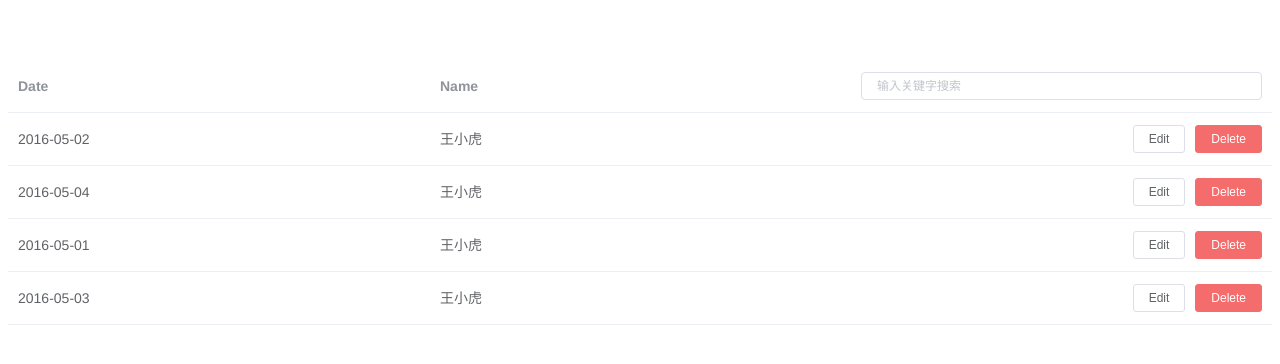
Repository: jiuceng1/monitor
Page: /#/show (app in nmonvue/)
The author's editor kept a copy of each file at every save. The page is drawn from the files as they stood at one save, then again after the next save.
The browser window is 1280 px wide. The pictures show the whole page.
The project was rebuilt for these pictures with package versions that can differ from the ones it lists, and the page was loaded fresh each time. Also part of the build but not shown: nmonvue/src/components/HelloWorld.vue.

Above is the page before, as saved 2022-01-13 09:40:12.

After the next save:
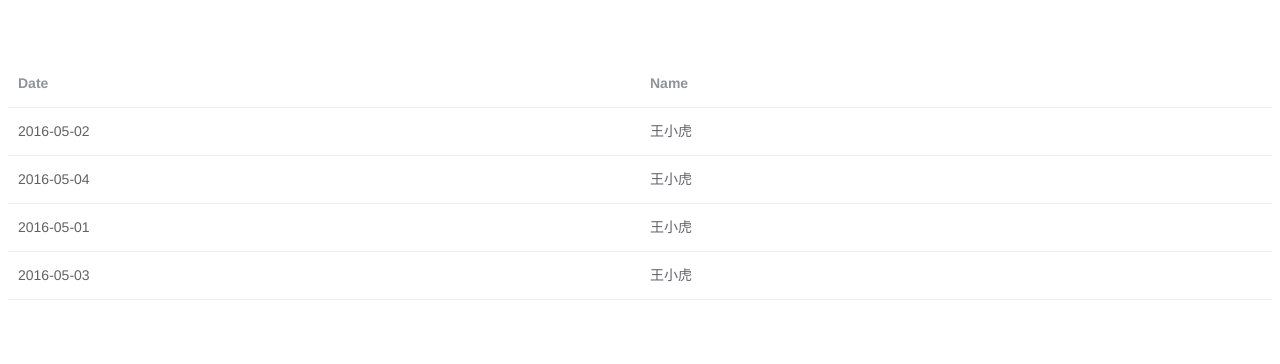
Saved 41 s later.
--- a/nmonvue/src/view/show.vue
+++ b/nmonvue/src/view/show.vue
@@ -10,24 +10,6 @@
     <el-table-column
       label="Name"
       prop="name">
-    </el-table-column>
-    <el-table-column
-      align="right">
-      <template slot="header" slot-scope="scope">
-        <el-input
-          v-model="search"
-          size="mini"
-          placeholder="输入关键字搜索"/>
-      </template>
-      <template slot-scope="scope">
-        <el-button
-          size="mini"
-          @click="handleEdit(scope.$index, scope.row)">Edit</el-button>
-        <el-button
-          size="mini"
-          type="danger"
-          @click="handleDelete(scope.$index, scope.row)">Delete</el-button>
-      </template>
     </el-table-column>
   </el-table>
     </div>
